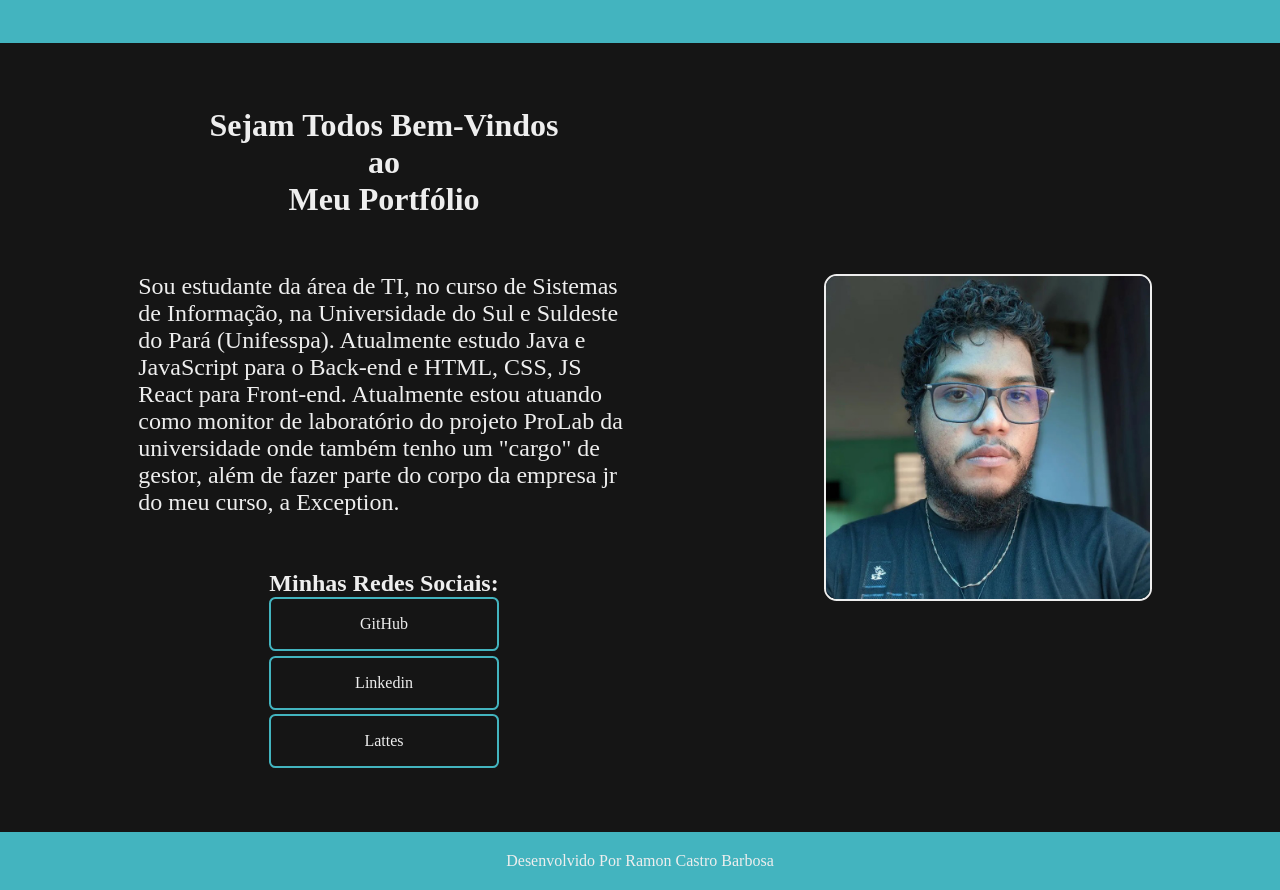
Repository: ramoncbarbosa/Web1_Atividade2
Page: index.html
The author's editor kept a copy of each file at every save. The page is drawn from the files as they stood at one save, then again after the next save.
The browser window is 1280 px wide. The pictures show the whole page.

Above is the page before, as saved 2023-06-10 16:54:04.

### index.html
<!DOCTYPE html>
<html lang="en-US">
<head>
    <meta charset="UTF-8">
    <meta name="viewport" content="width=device-width, initial-scale=1.0">
    <link rel="stylesheet" href="./styles/styles.css">
    <title>Portfólio</title>
</head>
<body>
    <header class="cabecalho">
        <nav>
           <a href=""></a>
           <a href=""></a>
        </nav>
    </header>
    <section></section>
    <main class="principal">
        <section class="principal__principal">
            <h1 class="principal__titulo"><strong>Sejam Todos Bem-Vindos<br> ao<br> Meu Portfólio</strong></h1>
            <p class="principal__texto">
                Sou estudante da área de TI, no curso de Sistemas de Informação, na Universidade do Sul e Suldeste do Pará (Unifesspa). Atualmente estudo Java e JavaScript para o Back-end e HTML, CSS, JS React para Front-end.
                    Atualmente estou atuando como monitor de laboratório do projeto ProLab da universidade onde também tenho um "cargo" de gestor, além de fazer parte do corpo da empresa jr do meu curso, a Exception.
            </p>
            <div class="princiapl__links">
                <h2 class="secundario__titulo">Minhas Redes Sociais:</h2>
                <a target="_blank" id="github" href=""><img src="" alt="">GitHub</a>
                <a target="_blank" id="linkedin" href=""><img src="" alt="">Linkedin</a>
                <a target="_blank" id="lattes" href=""><img src="" alt="">Lattes</a>
            </div>
        </section>
            <img class="imagem" src="./img/perfil.jpg" alt="">
    </main>
    <footer class="rodape">
        <p class="rodape__rodape">Desenvolvido Por Ramon Castro Barbosa</p>
    </footer>
</body>
</html>

### styles/styles.css
*{
    padding: 0;
    margin: 0;
    box-sizing: border-box;
    text-decoration: none;
    gap: 0;
}

:root{
    --cor-um: #43b4bf;
    --cor-dois: #EEEEEE;
    --cor-tres: #151515;
}

body{
    width: 100%;
    height: 80vh;
    box-sizing: border-box;
    background-color: var(--cor-tres);
    color: var(--cor-dois);
}

.cabecalho{
    width: 100%;
    height: 6vh;
    padding: 2% 0 0 10%;
    gap: 5rem;
    display: flex;
    background-color: var(--cor-um);
}

.principal{
    justify-content: space-between;
    display: flex;
    align-items: center;
    padding: 5% 10%;

}

.principal__principal{
    width: 50%;
    display: flex;
    flex-direction: column;
    gap: 1.8rem;
    text-align: center;
    align-items: center;

}

.principal__titulo{
    text-align: center;
    justify-content: center;
    font-size: 32px;
}

.principal__texto{
    display: flex;
    flex-wrap: wrap;
    justify-content: space-around;
    padding: 5% 2%;
    font-size: 24px;
    text-align: left;
}

.principal__links{
    display: flex;
    flex-direction: column;
    justify-content: center;
    text-align: center;
    gap: 10em;
}

.secundario__titulo{

}


#github{
    display: flex;
    align-items: center;
    justify-content: center;
    text-align: center;
    border: 2px solid var(--cor-um);
    border-radius: 0.4rem;
    width: 100%;
    text-decoration: none;
    padding: 1rem 0;
    margin-bottom: 2%;
    color: var(--cor-dois);
}

#linkedin{
    display: flex;
    align-items: center;
    justify-content: center;
    text-align: center;
    border: 2px solid var(--cor-um);
    border-radius: 0.4rem;
    width: 100%;
    text-decoration: none;
    padding: 1rem 0;
    margin-bottom: 2%;
    color: var(--cor-dois);
}

#lattes{
    display: flex;
    align-items: center;
    justify-content: center;
    text-align: center;
    border: 2px solid var(--cor-um);
    border-radius: 0.4rem;
    width: 100%;
    text-decoration: none;
    padding: 1rem 0;
    color: var(--cor-dois);
}

.imagem{
    width: 32%;
    display: flex;
    justify-content: center;
    border-radius: 0.8rem;
    border: 2px solid var(--cor-dois);
}

.rodape{
    width: 100%;
    height: 8vh;
    display: flex;
    align-items: center;
    flex-wrap: wrap;
    justify-content: space-around;

    background-color: var(--cor-um);
}

.rodape__rodape{
    text-align: center;
    padding: 1.5%;
}

After the next save:
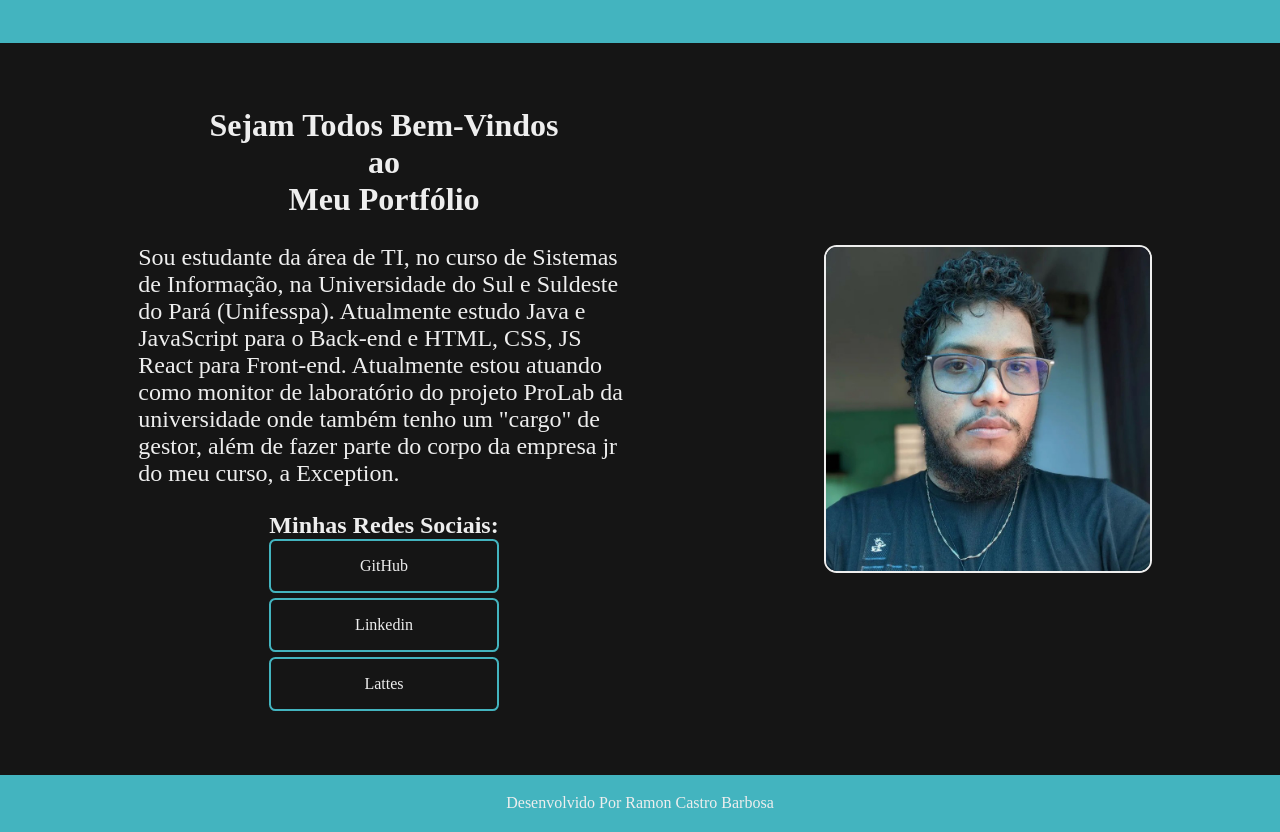
Saved 14 s later.
--- a/styles/styles.css
+++ b/styles/styles.css
@@ -41,7 +41,6 @@
     width: 50%;
     display: flex;
     flex-direction: column;
-    gap: 1.8rem;
     text-align: center;
     align-items: center;
 

After the 3 saves that followed:
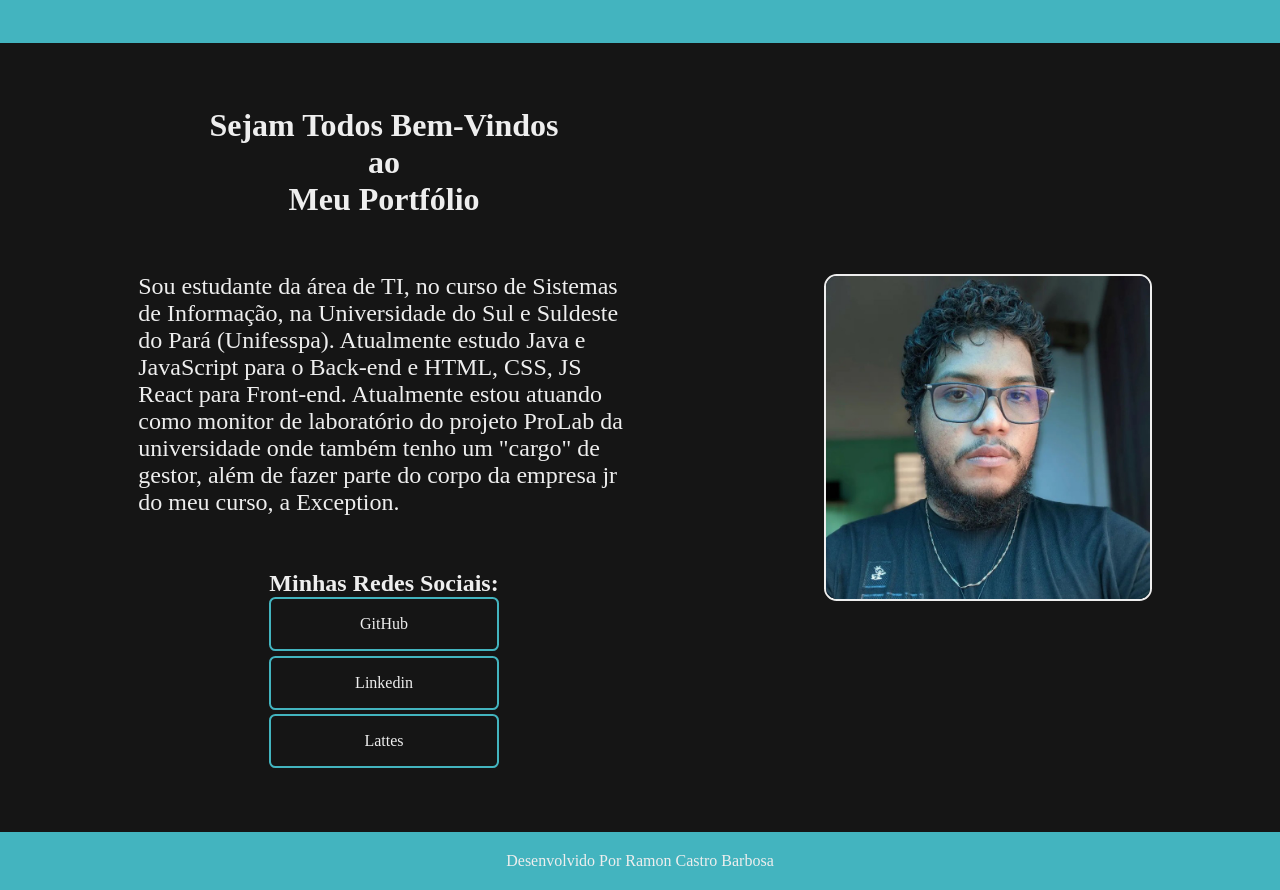
The 3 saves are shown as one change because 1 left the picture as it was and some came seconds apart.
The last was saved 15 s later.
--- a/styles/styles.css
+++ b/styles/styles.css
@@ -41,6 +41,7 @@
     width: 50%;
     display: flex;
     flex-direction: column;
+    gap: 1.8rem;
     text-align: center;
     align-items: center;
 
